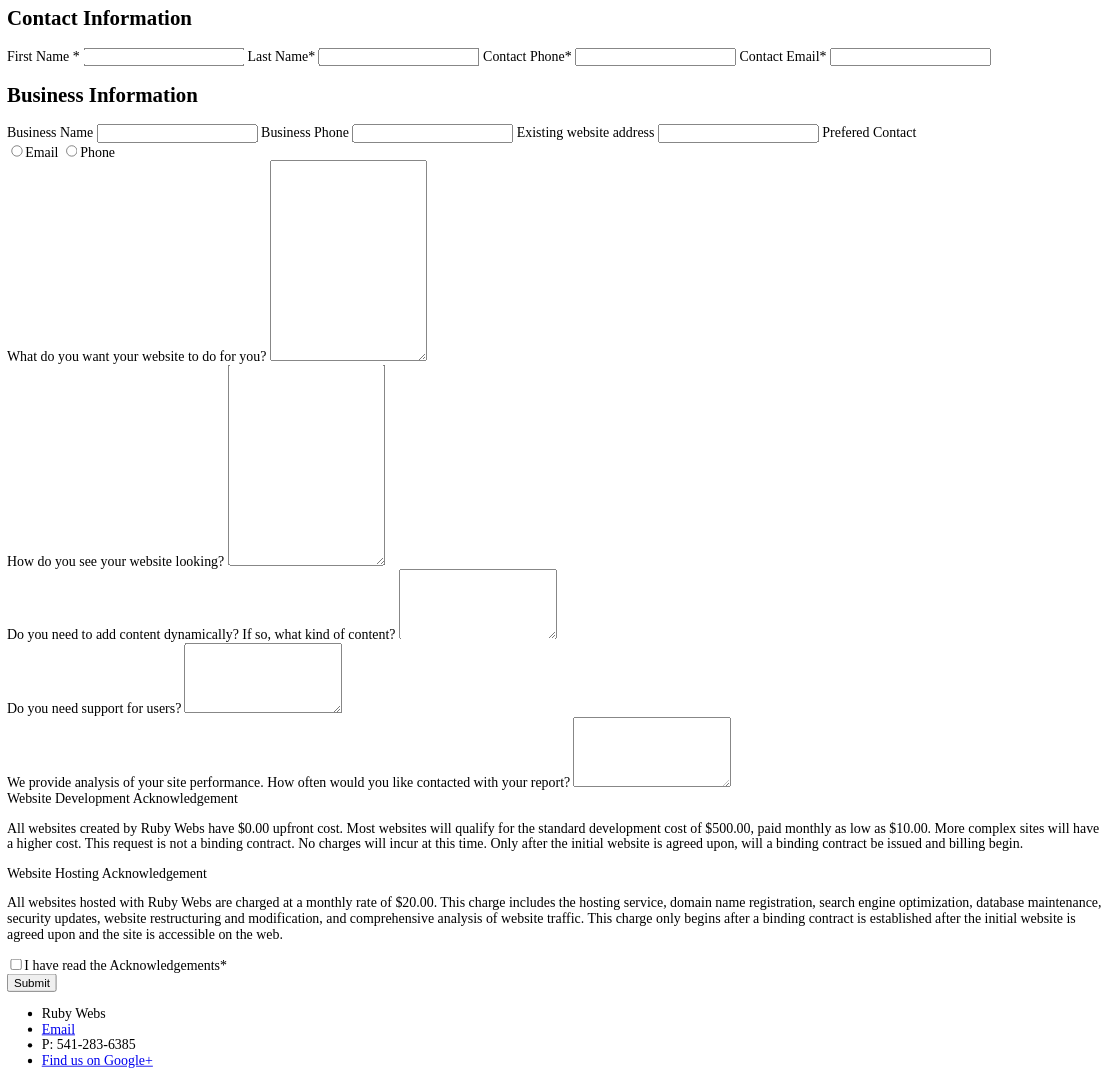
Repository: nlblunt/rubywebs
Page: app/assets/javascripts/html/request.html
The author's editor kept a record of every edit. The page is drawn from the files as they stood at one moment, then again after the next edit.
The browser window is 1280 px wide. The pictures show the whole page, at 87% of full size.

Above is the page before.

### app/assets/javascripts/html/request.html
<div class="container-fluid">
        <rw-header></rw-header>

    <div class="content">
      <form name="contactUs">
        <div class="row">
          <div class="col-sm-6">
            <div class="form-group">
               <h2>Contact Information</h2>
               <label>First Name </label><span class="required">*</span>
               <input type="text" class="form-control" ng-model="contact.first_name" required>
               <label>Last Name</label><span class="required">*</span>
               <input type="text" class="form-control" ng-model="contact.last_name" required>
               <label>Contact Phone</label><span class="required">*</span>
               <input type="tel" class="form-control" ng-model="contact.phone" required>
               <label>Contact Email</label><span class="required">*</span>
               <input type="email" class="form-control" ng-model="contact.email" required>
            </div>
          </div>

        <div class="col-sm-6">
            <div class="form-group">
                <h2>Business Information</h2>
                <label>Business Name</label>
                <input type="text" class="form-control" ng-model="contact.business_name">
                <label>Business Phone</label>
                <input type="tel" class="form-control" ng-model="contact.business_phone">
                <label>Existing website address</label>
                <input type="text" class="form-control" ng-model="contact.business_website">
                <label>Prefered Contact</label>
                <div class="radio">
                    <label>
                        <input type="radio" name="prefcontact" value="email" ng-model="contact.prefcontact">Email
                    </label>
                    <label>
                        <input type="radio" name="prefcontact" value="phone" ng-model="contact.prefcontact">Phone
                    </label>
                </div>
            </div>
        </div>
        </div>

        <div class="row row-spacer"></div>

        <div class="row">
            <div class="col-sm-6">
                <label>What do you want your website to do for you?</label>
                <textarea class="form-control" ng-model="contact.what_it_does" rows="15"></textarea>
            </div>

            <div class ="col-sm-6">
                <label>How do you see your website looking?</label>
                <textarea class="form-control" ng-model="contact.site_layout" rows="15"></textarea>
            </div>
        </div>

        <div class="row row-spacer"></div>

        <div class="row">
          <div class="col-sm-4">
              <label>Do you need to add content dynamically?  If so, what kind of content?</label>
              <textarea class="form-control" ng-model="contact.dynamic" rows="5"></textarea>
          </div>

          <div class="col-sm-4">
              <label>Do you need support for users?</label>
              <textarea class="form-control" ng-model="contact.users" rows="5"></textarea>
          </div>

          <div class="col-sm-4">
              <label>We provide analysis of your site performance.  How often would you like contacted with your report?</label>
              <textarea class="form-control" ng-model="contact.analysis" rows="5"></textarea>
          </div>
        </div>

         <div class="row">
              <div class="col-sm-12">
                  <label>Website Development Acknowledgement</label>
                  <p>All websites created by Ruby Webs have $0.00 upfront cost.  Most websites will qualify for the standard development cost of $500.00, paid monthly as low as $10.00.  More complex sites will have a higher cost.  This request is not a binding contract.  No charges will incur at this time.  Only after the initial website is agreed upon, will a binding contract be issued and billing begin.</p>

                  <label>Website Hosting Acknowledgement</label>
                  <p>All websites hosted with Ruby Webs are charged at a monthly rate of $20.00.  This charge includes the hosting service, domain name registration, search engine optimization, database maintenance, security updates, website restructuring and modification, and comprehensive analysis of website traffic.  This charge only begins after a binding contract is established after the initial website is agreed upon and the site is accessible on the web.</p>

                  <div class="checkbox">
                      <label><input type="checkbox" ng-model="contact.ack" required>I have read the Acknowledgements</label><span class="required">*</span>
                  </div>

                  <button type="submit" class="btn btn-default" ng-disabled="contactUs.$invalid" ng-click="submit_contact()">Submit</button>
              </div>
         </div>
      </form>
    </div>

    <div class="row footer-background">
      <div class="row content">
      <footer>
        <div class="col-sm-4 sm-margin-bottom">
          <ul>
            <li>Ruby Webs</li>
            <li><a href="mailto:nicolas.wb@outlook.com">Email</a></li>
            <li>P: 541-283-6385</li>
            <li><a href="https://plus.google.com/111061938625311669752" rel="publisher">Find us on Google+</a></li>
          </ul>
        </div>
      </footer>
      </div>
    </div>
</div>

After the next edit:
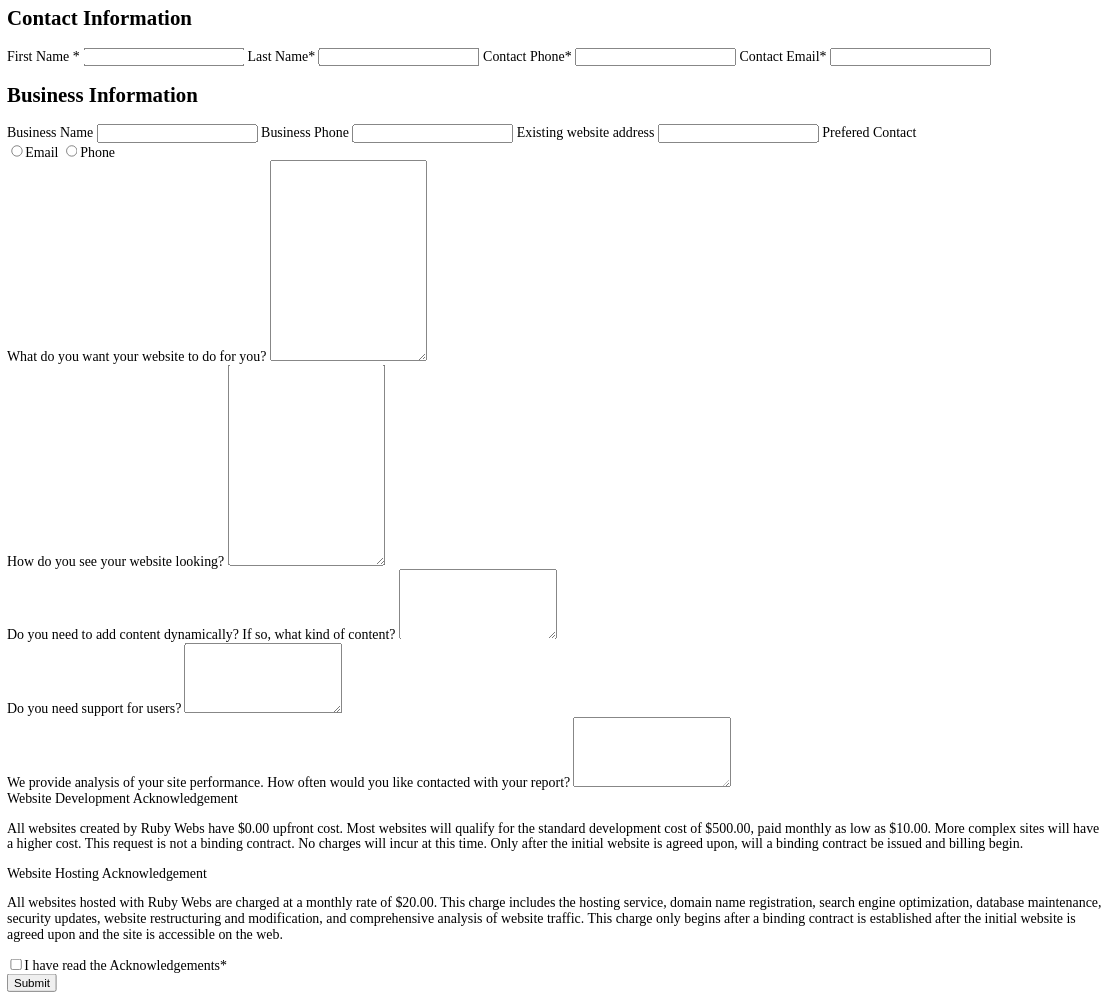
The edit:
--- a/app/assets/javascripts/html/request.html
+++ b/app/assets/javascripts/html/request.html
@@ -91,18 +91,5 @@
       </form>
     </div>
 
-    <div class="row footer-background">
-      <div class="row content">
-      <footer>
-        <div class="col-sm-4 sm-margin-bottom">
-          <ul>
-            <li>Ruby Webs</li>
-            <li><a href="mailto:nicolas.wb@outlook.com">Email</a></li>
-            <li>P: 541-283-6385</li>
-            <li><a href="https://plus.google.com/111061938625311669752" rel="publisher">Find us on Google+</a></li>
-          </ul>
-        </div>
-      </footer>
-      </div>
-    </div>
+    <rw-footer></rw-footer>
 </div>
